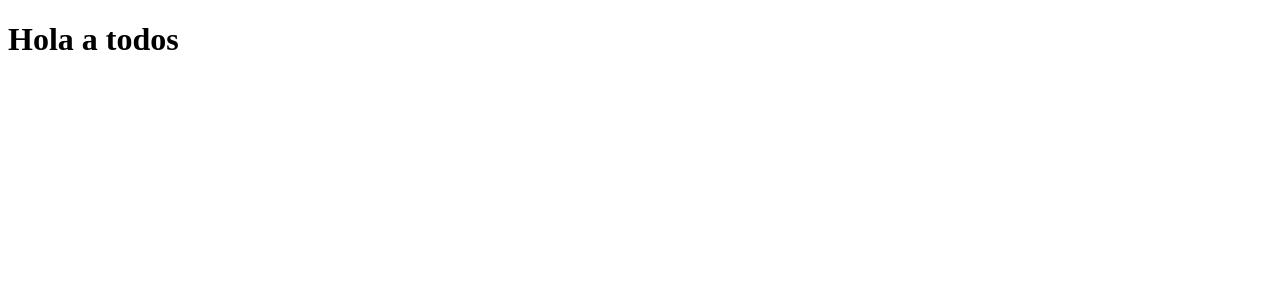
Repository: rafaelcaraballo/first-repository
Page: web.html
An editor plug-in stored every save of this project. The page is shown before and after the next save, followed by the edit.
The browser window is 1280 px wide. The pictures show the whole page.

Above is the page before, as saved 2023-07-13 15:30:19.

### web.html
<!DOCTYPE html>
<html lang="en">
<head>
    <meta charset="UTF-8">
    <meta name="viewport" content="width=device-width, initial-scale=1.0">
    <title>Web</title>
</head>
<body>
    <h1>Hola a todos</h1>

</body>
</html>

After the next save:
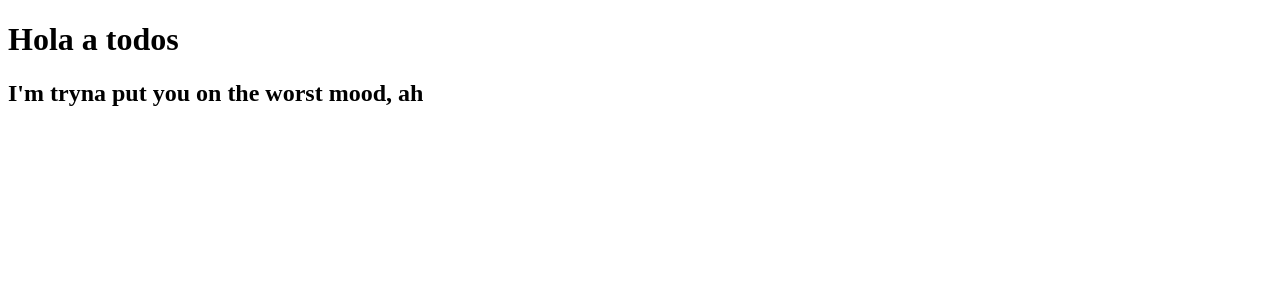
Saved 90 min 43 s later.
--- a/web.html
+++ b/web.html
@@ -7,6 +7,6 @@
 </head>
 <body>
     <h1>Hola a todos</h1>
-
+    <h2>I'm tryna put you on the worst mood, ah</h2>
 </body>
 </html>
